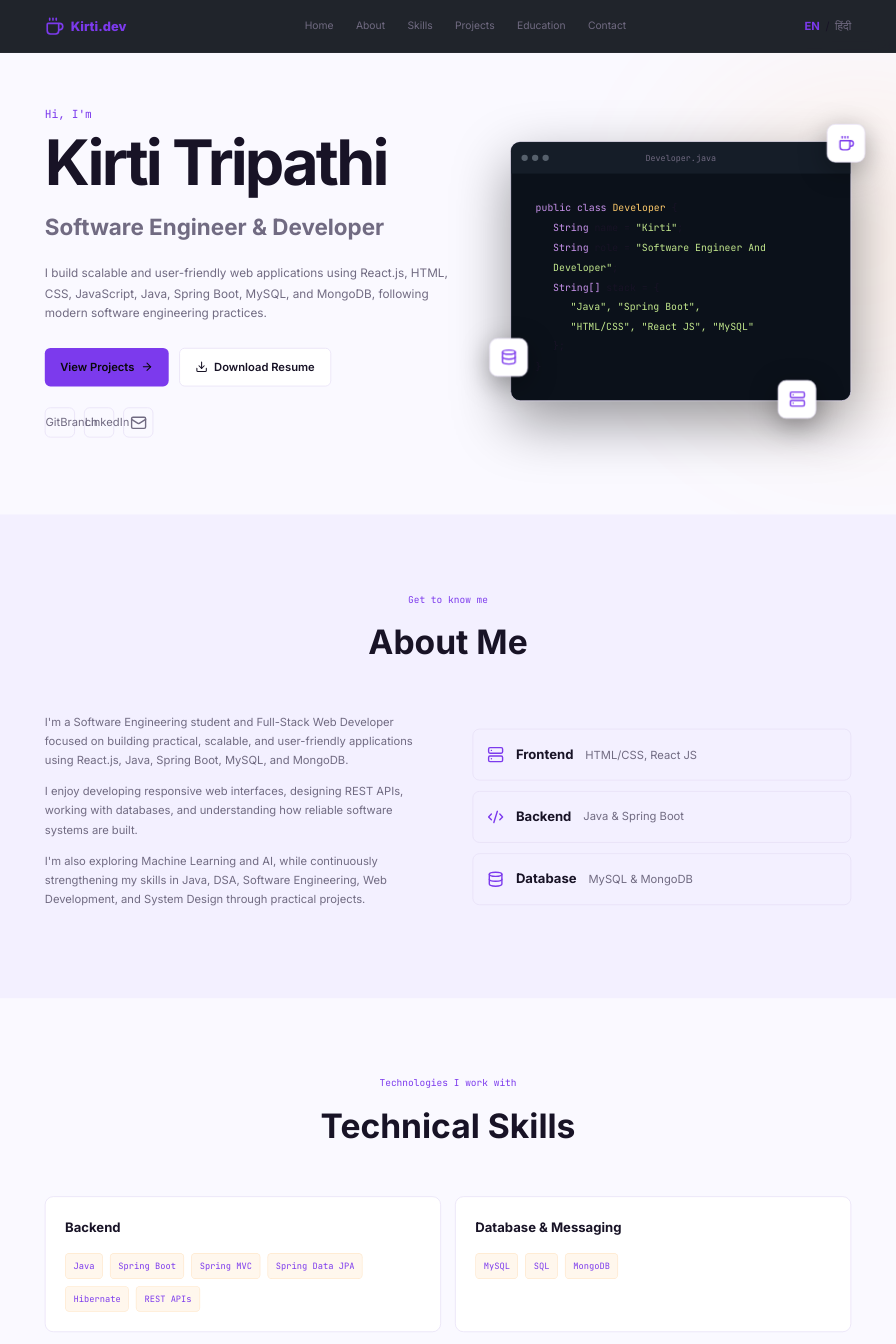
Repository: Rashi-Kirti06/En-Hi-Portfolio
Page: /
An editor plug-in stored every save of this project. The page is shown before and after the next save, followed by the edit.
The browser window is 1280 px wide. The pictures show the part of the page from y = 0 to 1920 px (the page is 4993 px tall before and 4976 px after), at 70% of full size.
The project was rebuilt for these pictures with package versions that can differ from the ones it lists, and the page was loaded fresh each time. Also part of the build but not shown: vite.config.js.

Above is the page before, as saved 2026-09-06 16:53:04.

### index.html
<!doctype html>

<html lang="en">

<head>

  <meta charset="UTF-8" />

  <meta
    name="viewport"
    content="width=device-width, initial-scale=1.0"
  />

  <meta
    name="description"
    content="Kirti Tripathi - Java and Spring Boot Backend Developer portfolio."
  />

  <meta
    name="keywords"
    content="Java Developer, Spring Boot Developer, Backend Developer, Java Portfolio"
  />

  <meta name="author" content="Kirti Tripathi" />

  <title>
    Kirti Tripathi | Java Backend Developer
  </title>

</head>

<body>

  <div id="root"></div>

  <script
    type="module"
    src="/src/main.jsx"
  ></script>

</body>

</html>

### src/index.css
@import url("https://fonts.googleapis.com/css2?family=Inter:wght@400;500;600;700;800&family=JetBrains+Mono:wght@400;500;600&display=swap");

:root {
  /* --background: #080d14;
  --background-secondary: #0d141e;
  --card: #111a26;
  --card-hover: #162231;

  --text: #f4f7fb;
  --text-muted: #9ba9ba;

  --primary: #f89820;
  --primary-hover: #ffad42;

  --green: #58d68d;

  --border: #233142; */

  /* --background: #07111f;
--background-secondary: #0b1728;
--card: #101d2f;
--card-hover: #152840;
--text: #f1f5f9;
--text-muted: #94a3b8;
--primary: #22d3ee;
--primary-hover: #06b6d4;
--green: #34d399;
--border: #1e344d; */

/* --background: #0c0914;
--background-secondary: #130f1f;
--card: #1a1428;
--card-hover: #241b36;
--text: #f5f3ff;
--text-muted: #aaa3bb;
--primary: #a78bfa;
--primary-hover: #8b5cf6;
--green: #6ee7b7;
--border: #302544; */

/* --background: #07121a;
--background-secondary: #0b1c26;
--card: #102530;
--card-hover: #16323f;
--text: #f0fdf4;
--text-muted: #91a7ad;
--primary: #34d399;
--primary-hover: #10b981;
--green: #6ee7b7;
--border: #1d3b46; */

/* --background: #070b14;
--background-secondary: #0c1220;
--card: #111a2b;
--card-hover: #17243a;
--text: #f8fafc;
--text-muted: #94a3b8;
--primary: #3b82f6;
--primary-hover: #60a5fa;
--green: #4ade80;
--border: #223452; */

/* --background: #0e0b10;
--background-secondary: #171219;
--card: #201820;
--card-hover: #2a202a;
--text: #faf5f9;
--text-muted: #a99da6;
--primary: #f472b6;
--primary-hover: #ec4899;
--green: #86efac;
--border: #382b37; */

/* --background: #0a0f14;
--background-secondary: #101820;
--card: #17212b;
--card-hover: #1d2b37;
--text: #f8fafc;
--text-muted: #9aa8b5;
--primary: #fbbf24;
--primary-hover: #f59e0b;
--green: #4ade80;
--border: #293946; */

/* --background: #f8fafc;
--background-secondary: #f1f5f9;
--card: #ffffff;
--card-hover: #f8fafc;
--text: #0f172a;
--text-muted: #64748b;
--primary: #2563eb;
--primary-hover: #1d4ed8;
--green: #16a34a;
--border: #e2e8f0; */

/* --background: #f4f9fb;
--background-secondary: #eaf4f7;
--card: #ffffff;
--card-hover: #f2fbfd;
--text: #102027;
--text-muted: #607d86;
--primary: #0891b2;
--primary-hover: #0e7490;
--green: #059669;
--border: #d5e5e9; */

/* --background: #f7faf7;
--background-secondary: #eef6f0;
--card: #ffffff;
--card-hover: #f4faf5;
--text: #14231a;
--text-muted: #66756b;
--primary: #059669;
--primary-hover: #047857;
--green: #16a34a;
--border: #dce9df; */

--background: #faf9ff;
--background-secondary: #f3f0ff;
--card: #ffffff;
--card-hover: #f8f6ff;
--text: #181326;
--text-muted: #716b82;
--primary: #7c3aed;
--primary-hover: #6d28d9;
--green: #16a34a;
--border: #e5def5;



  --max-width: 1180px;

  --transition: 0.3s ease;
}

* {
  margin: 0;
  padding: 0;
  box-sizing: border-box;
}

html {
  scroll-behavior: smooth;
  scroll-padding-top: 80px;
}

body {
  font-family: "Inter", sans-serif;
  background: var(--background);
  color: var(--text);
  line-height: 1.7;
  overflow-x: hidden;
}

a {
  color: inherit;
  text-decoration: none;
}

button {
  font: inherit;
}

.container {
  width: min(90%, var(--max-width));
  margin-inline: auto;
}

.section {
  padding: 110px 0;
}

.alt-section {
  background: var(--background-secondary);
}

/* ==========================
   Navbar
========================== */

.navbar {
  position: fixed;
  width: 100%;
  top: 0;
  z-index: 1000;

  background: rgba(8, 13, 20, 0.9);
  backdrop-filter: blur(15px);

  border-bottom: 1px solid rgba(255,255,255,0.06);
}

.nav-container {
  height: 75px;

  display: flex;
  align-items: center;
  justify-content: space-between;
}

.logo {
  display: flex;
  align-items: center;
  gap: 9px;

  font-weight: 800;
  font-size: 1.15rem;

  color: var(--primary);
}

.nav-links {
  display: flex;
  align-items: center;
  gap: 32px;
}

.nav-links a {
  color: var(--text-muted);
  font-size: 0.92rem;
  transition: var(--transition);
}

.nav-links a:hover {
  color: var(--primary);
}

.nav-actions {
  display: flex;
  align-items: center;
  gap: 20px;
}

.language-switcher,
.language-mobile {
  display: flex;
  align-items: center;
  gap: 8px;
}

.language-switcher button,
.language-mobile button {
  border: none;
  background: transparent;
  color: var(--text-muted);
  cursor: pointer;
}

.lang-active {
  color: var(--primary) !important;
  font-weight: 700;
}

.mobile-menu {
  border: 0;
  background: transparent;
  color: white;
  cursor: pointer;
  display: none;
}

.language-mobile {
  display: none;
}

/* ==========================
   Hero
========================== */

.hero {
  min-height: 100vh;

  display: flex;
  align-items: center;

  padding-top: 150px;

  position: relative;
  overflow: hidden;
}

.hero::before {
  content: "";

  position: absolute;

  width: 500px;
  height: 500px;

  background: rgba(248, 152, 32, 0.08);

  border-radius: 50%;

  filter: blur(100px);

  top: 100px;
  right: -200px;

  pointer-events: none;
}

.hero-grid {
  display: grid;
  grid-template-columns: 1.1fr 0.9fr;
  gap: 70px;

  align-items: center;
}

.availability {
  display: inline-flex;
  align-items: center;
  gap: 9px;

  padding: 8px 14px;

  border: 1px solid var(--border);
  border-radius: 100px;

  color: var(--text-muted);

  font-size: 0.8rem;

  margin-bottom: 25px;

  background: rgba(255,255,255,0.02);
}

.availability-dot {
  width: 8px;
  height: 8px;

  border-radius: 50%;

  background: var(--green);

  box-shadow:
    0 0 10px var(--green);
}

.hero-greeting {
  color: var(--primary);

  font-family:
    "JetBrains Mono",
    monospace;

  font-size: 1rem;

  margin-bottom: 10px;
}

.hero h1 {
  font-size: clamp(
    3rem,
    7vw,
    5.7rem
  );

  line-height: 1;

  letter-spacing: -4px;

  margin-bottom: 20px;
}

.hero h2 {
  font-size: clamp(
    1.4rem,
    3vw,
    2rem
  );

  color: var(--text-muted);

  margin-bottom: 25px;
}

.hero-description {
  color: var(--text-muted);

  max-width: 650px;

  font-size: 1.05rem;

  margin-bottom: 35px;
}

.hero-buttons {
  display: flex;
  flex-wrap: wrap;
  gap: 15px;

  margin-bottom: 30px;
}

/* Buttons */

.btn {
  display: inline-flex;

  align-items: center;

  justify-content: center;

  gap: 9px;

  padding: 13px 22px;

  border-radius: 8px;

  font-weight: 600;

  transition: var(--transition);
}

.btn-primary {
  background: var(--primary);
  color: #090909;
}

.btn-primary:hover {
  background: var(--primary-hover);

  transform:
    translateY(-3px);
}

.btn-secondary {
  border:
    1px solid var(--border);

  background: var(--card);
}

.btn-secondary:hover {
  border-color:
    var(--primary);

  transform:
    translateY(-3px);
}

/* Social */

.social-links {
  display: flex;
  gap: 13px;
}

.social-links a {
  width: 43px;
  height: 43px;

  display: grid;
  place-items: center;

  border: 1px solid var(--border);

  border-radius: 8px;

  color: var(--text-muted);

  transition: var(--transition);
}

.social-links a:hover {
  color: var(--primary);

  border-color:
    var(--primary);

  transform:
    translateY(-3px);
}

/* Code card */

.hero-visual {
  position: relative;
}

.developer-card {
  border:
    1px solid var(--border);

  border-radius: 14px;

  overflow: hidden;

  background: #0b111a;

  box-shadow:
    0 30px 80px rgba(0,0,0,0.4);
}

.terminal-header {
  height: 45px;

  display: flex;
  align-items: center;

  padding: 0 15px;

  background: #151d28;

  color: var(--text-muted);

  font-size: 0.75rem;

  font-family:
    "JetBrains Mono",
    monospace;

  position: relative;
}

.terminal-header > span {
  position: absolute;
  left: 50%;

  transform:
    translateX(-50%);
}

.terminal-dots {
  display: flex;
  gap: 6px;
}

.terminal-dots span {
  width: 9px;
  height: 9px;

  border-radius: 50%;

  background: #56606c;
}

.code-window {
  padding: 35px;

  font-family:
    "JetBrains Mono",
    monospace;

  font-size: 0.88rem;

  line-height: 2;

  overflow-x: auto;
}

.code-purple {
  color: #c792ea;
}

.code-yellow {
  color: #ffcb6b;
}

.code-green {
  color: #c3e88d;
}

.indent {
  padding-left: 25px;
}

.indent-two {
  padding-left: 50px;
}

.floating-icon {
  width: 55px;
  height: 55px;

  border-radius: 12px;

  display: grid;
  place-items: center;

  position: absolute;

  color: var(--primary);

  background: var(--card);

  border:
    1px solid var(--border);

  box-shadow:
    0 10px 40px rgba(0,0,0,.35);

  animation:
    floating 4s ease-in-out infinite;
}

.icon-java {
  top: -25px;
  right: -20px;
}

.icon-db {
  bottom: 35px;
  left: -30px;

  animation-delay: 1s;
}

.icon-server {
  bottom: -25px;
  right: 50px;

  animation-delay: 2s;
}

@keyframes floating {
  0%, 100% {
    transform:
      translateY(0);
  }

  50% {
    transform:
      translateY(-10px);
  }
}

/* ==========================
   Section Headings
========================== */

.section-heading {
  text-align: center;

  margin-bottom: 60px;
}

.section-heading p {
  color: var(--primary);

  font-family:
    "JetBrains Mono",
    monospace;

  font-size: 0.85rem;

  margin-bottom: 8px;
}

.section-heading h2 {
  font-size:
    clamp(
      2rem,
      4vw,
      3rem
    );
}

/* ==========================
   About
========================== */

.about-grid {
  display: grid;

  grid-template-columns:
    1fr 1fr;

  gap: 70px;

  align-items: center;
}

.about-text p {
  color: var(--text-muted);

  margin-bottom: 18px;
}

.about-cards {
  display: grid;
  gap: 15px;
}

.mini-card {
  padding: 20px;

  border: 1px solid var(--border);

  border-radius: 10px;

  display: flex;

  align-items: center;

  gap: 17px;

  transition:
    var(--transition);
}

.mini-card:hover {
  border-color:
    var(--primary);

  transform:
    translateX(7px);
}

.mini-card svg {
  color: var(--primary);
}

.mini-card p {
  color:
    var(--text-muted);
}

/* ==========================
   Skills
========================== */

.skills-grid {
  display: grid;

  grid-template-columns:
    repeat(2, 1fr);

  gap: 20px;
}

.skill-card {
  padding: 28px;

  background: var(--card);

  border:
    1px solid var(--border);

  border-radius: 12px;

  transition:
    var(--transition);
}

.skill-card:hover {
  border-color:
    rgba(248,152,32,.55);

  transform:
    translateY(-4px);
}

.skill-card h3 {
  margin-bottom: 20px;
}

.skill-tags {
  display: flex;

  flex-wrap: wrap;

  gap: 10px;
}

.skill-tags span,
.project-tech span {
  padding: 7px 11px;

  border-radius: 6px;

  background:
    rgba(248,152,32,.08);

  border:
    1px solid rgba(248,152,32,.16);

  color:
    var(--primary);

  font-size:
    .78rem;

  font-family:
    "JetBrains Mono",
    monospace;
}

/* ==========================
   Projects
========================== */

.projects-grid {
  display: grid;

  grid-template-columns:
    repeat(3, 1fr);

  gap: 20px;
}

.project-card {
  background: var(--card);

  border:
    1px solid var(--border);

  border-radius: 12px;

  padding: 30px;

  display: flex;
  flex-direction: column;

  transition:
    var(--transition);

  position: relative;

  overflow: hidden;
}

.project-card::before {
  content: "";

  position: absolute;

  width: 130px;
  height: 130px;

  background:
    rgba(248,152,32,.07);

  border-radius: 50%;

  top: -70px;
  right: -50px;

  filter: blur(20px);
}

.project-card:hover {
  transform:
    translateY(-7px);

  border-color:
    rgba(248,152,32,.5);
}

.project-number {
  color:
    var(--primary);

  font-family:
    "JetBrains Mono",
    monospace;

  margin-bottom:
    15px;
}

.project-card h3 {
  font-size:
    1.35rem;

  margin-bottom:
    15px;
}

.project-card > p {
  color:
    var(--text-muted);

  margin-bottom:
    20px;

  flex-grow: 1;
}

.project-tech {
  display: flex;

  flex-wrap: wrap;

  gap: 7px;

  margin-bottom:
    25px;
}

.project-actions {
  display: flex;

  gap: 18px;

  flex-wrap: wrap;
}

.project-actions a {
  display: flex;

  align-items: center;

  gap: 7px;

  color:
    var(--text-muted);

  font-size:
    .85rem;

  transition:
    var(--transition);
}

.project-actions a:hover {
  color:
    var(--primary);
}

/* ==========================
   Learning
========================== */

.learning-description {
  color:
    var(--text-muted);

  text-align: center;

  max-width:
    650px;

  margin:
    -30px auto
    45px;
}

.learning-grid {
  display: grid;

  grid-template-columns:
    repeat(3,1fr);

  gap: 15px;
}

.learning-card {
  border:
    1px solid var(--border);

  background:
    var(--card);

  border-radius:
    10px;

  padding:
    20px;

  display:
    flex;

  gap: 15px;

  align-items:
    center;
}

.learning-card span {
  display:
    grid;

  place-items:
    center;

  width:
    34px;

  height:
    34px;

  border-radius:
    7px;

  color:
    var(--primary);

  background:
    rgba(248,152,32,.1);

  font-family:
    "JetBrains Mono",
    monospace;
}

/* ==========================
   Education
========================== */

.education-card {
  max-width:
    700px;

  margin:
    auto;

  padding:
    30px;

  display:
    flex;

  gap:
    22px;

  background:
    var(--card);

  border:
    1px solid
    var(--border);

  border-radius:
    12px;
}

.education-icon {
  width:
    60px;

  height:
    60px;

  flex-shrink: 0;

  display:
    grid;

  place-items:
    center;

  border-radius:
    10px;

  color:
    var(--primary);

  background:
    rgba(248,152,32,.1);
}

.education-card h4 {
  color:
    var(--primary);

  margin:
    4px 0;
}

.education-card p,
.education-card span {
  color:
    var(--text-muted);
}

/* ==========================
   Contact
========================== */

.contact-box {
  text-align:
    center;

  max-width:
    800px;

  margin:
    auto;
}

.contact-box > p {
  color:
    var(--text-muted);

  max-width:
    600px;

  margin:
    0 auto 40px;
}

.contact-links {
  display:
    grid;

  grid-template-columns:
    repeat(3,1fr);

  gap:
    15px;
}

.contact-card {
  padding:
    24px;

  display:
    flex;

  flex-direction:
    column;

  gap:
    12px;

  align-items:
    center;

  border:
    1px solid var(--border);

  background:
    var(--card);

  border-radius:
    10px;

  transition:
    var(--transition);
}

.contact-card svg {
  color:
    var(--primary);
}

.contact-card:hover {
  border-color:
    var(--primary);

  transform:
    translateY(-5px);
}

/* ==========================
   Footer
========================== */

.footer {
  border-top:
    1px solid var(--border);

  padding:
    30px 0;
}

.footer-content {
  display:
    flex;

  justify-content:
    space-between;

  align-items:
    center;

  gap:
    20px;

  color:
    var(--text-muted);

  font-size:
    .8rem;
}

.footer-logo {
  display:
    flex;

  align-items:
    center;

  gap:
    8px;

  color:
    var(--primary);

  font-weight:
    700;
}

/* ==========================
   Tablet
========================== */

@media (max-width: 950px) {

  .hero-grid {
    grid-template-columns:
      1fr;
  }

  .hero-content {
    text-align:
      center;
  }

  .availability {
    margin-inline:
      auto;
  }

  .hero-description {
    margin-inline:
      auto;
  }

  .hero-buttons,
  .social-links {
    justify-content:
      center;
  }

  .hero-visual {
    max-width:
      600px;

    margin:
      40px auto 0;
  }

  .projects-grid {
    grid-template-columns:
      repeat(2,1fr);
  }

  .about-grid {
    grid-template-columns:
      1fr;
  }
}

/* ==========================
   Mobile Navigation
========================== */

@media (max-width: 760px) {

  .section {
    padding:
      80px 0;
  }

  .mobile-menu {
    display:
      block;
  }

  .language-switcher {
    display:
      none;
  }

  .nav-links {
    position:
      fixed;

    top:
      75px;

    left:
      0;

    width:
      100%;

    background:
      #0d141e;

    flex-direction:
      column;

    align-items:
      center;

    padding:
      35px;

    border-bottom:
      1px solid
      var(--border);

    transform:
      translateY(-150%);

    opacity:
      0;

    transition:
      .35s ease;
  }

  .nav-links.active {
    transform:
      translateY(0);

    opacity:
      1;
  }

  .language-mobile {
    display:
      flex;

    margin-top:
      10px;
  }

  .hero {
    padding-top:
      120px;
  }

  .hero h1 {
    letter-spacing:
      -2px;
  }

  .skills-grid,
  .projects-grid,
  .learning-grid,
  .contact-links {
    grid-template-columns:
      1fr;
  }

  .floating-icon {
    display:
      none;
  }

  .education-card {
    flex-direction:
      column;
  }

  .footer-content {
    flex-direction:
      column;

    text-align:
      center;
  }

}

/* ==========================
   Small Phones
========================== */

@media (max-width: 480px) {

  .hero-buttons {
    flex-direction:
      column;
  }

  .btn {
    width:
      100%;
  }

  .code-window {
    padding:
      22px 15px;

    font-size:
      .72rem;
  }

}

### src/components/Footer.jsx
import { Coffee } from "lucide-react";
import { translations } from "../data/translations";

function Footer({ language }) {
  const t = translations[language].footer;

  return (
    <footer className="footer">
      <div className="container footer-content">

        <div className="footer-logo">
          <Coffee size={22} />
          Kirti.dev
        </div>

        <p>
          © {new Date().getFullYear()} Kirti Tripathi
        </p>

        <p>{t.text}</p>

      </div>
    </footer>
  );
}

export default Footer;

### src/components/SectionTitle.jsx
function SectionTitle({ subtitle, title }) {
  return (
    <div className="section-heading">
      <p>{subtitle}</p>
      <h2>{title}</h2>
    </div>
  );
}

export default SectionTitle;

Loaded but not shown: src/main.jsx (common file); src/data/translations.jsx (151 lines, source omitted); src/components/Hero.jsx (169 lines, source omitted); src/components/Projects.jsx (165 lines, source omitted); src/components/Navbar.jsx (93 lines, source omitted); src/components/Skills.jsx (96 lines, source omitted); src/components/About.jsx (61 lines, source omitted); src/components/Contact.jsx (63 lines, source omitted); src/components/Learning.jsx (63 lines, source omitted); src/App.jsx (35 lines, source omitted); src/components/Education.jsx (43 lines, source omitted)

After the next save:
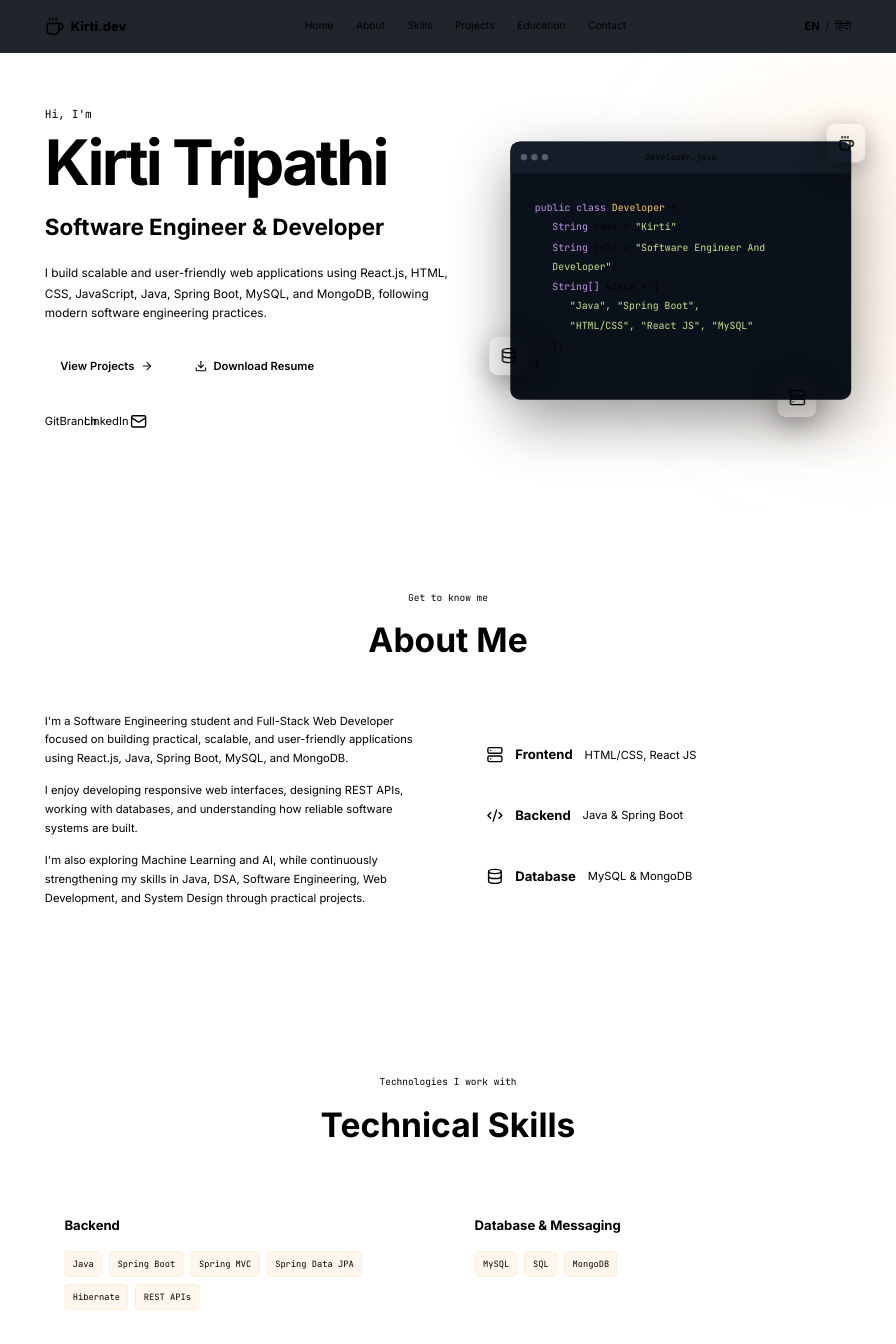
Saved 11 s later.
--- a/src/index.css
+++ b/src/index.css
@@ -115,7 +115,7 @@
 --green: #16a34a;
 --border: #dce9df; */
 
---background: #faf9ff;
+/* --background: #faf9ff;
 --background-secondary: #f3f0ff;
 --card: #ffffff;
 --card-hover: #f8f6ff;
@@ -124,7 +124,7 @@
 --primary: #7c3aed;
 --primary-hover: #6d28d9;
 --green: #16a34a;
---border: #e5def5;
+--border: #e5def5; */
 
 
 

After the save that followed:
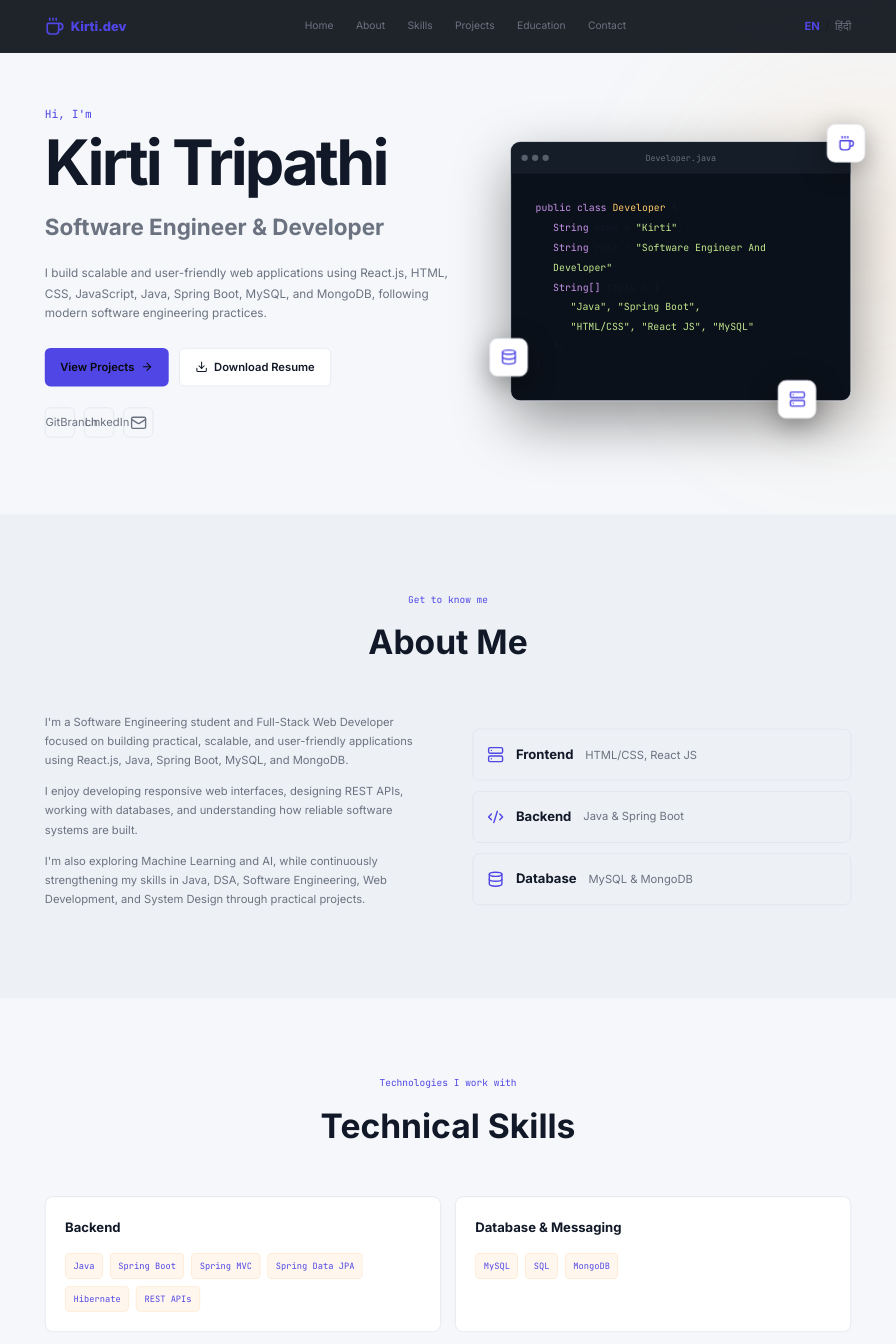
Saved 5 s later.
--- a/src/index.css
+++ b/src/index.css
@@ -126,6 +126,17 @@
 --green: #16a34a;
 --border: #e5def5; */
 
+--background: #f5f7fa;
+--background-secondary: #edf0f5;
+--card: #ffffff;
+--card-hover: #f8fafc;
+--text: #111827;
+--text-muted: #6b7280;
+--primary: #4f46e5;
+--primary-hover: #4338ca;
+--green: #16a34a;
+--border: #dfe3eb;
+
 
 
   --max-width: 1180px;
